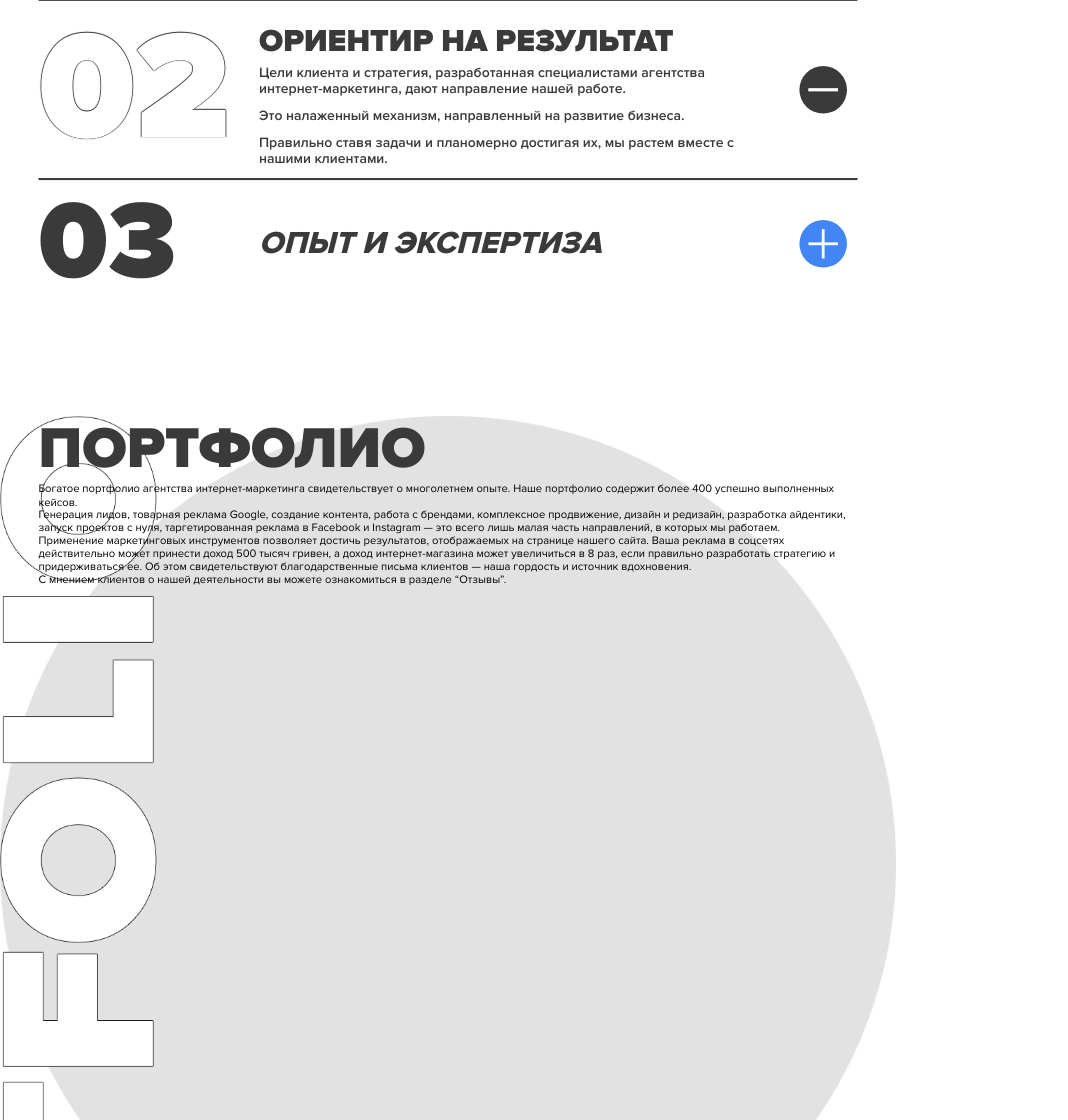
Repository: fanbear/Mnews
Page: index.html
An editor plug-in stored every save of this project. The page is shown before and after the next save, followed by the edit.
The browser window is 1280 px wide. The page is 1525 px wide, so the pictures cover 1525 px, including what lies to the right of the window. The pictures show the part of the page from y = 3696 to 5296 px (the page is 6085 px tall), at 70% of full size.
Some web libraries are served in a nearby version.

Above is the page before, as saved 2022-07-27 17:28:27.

After the next save:
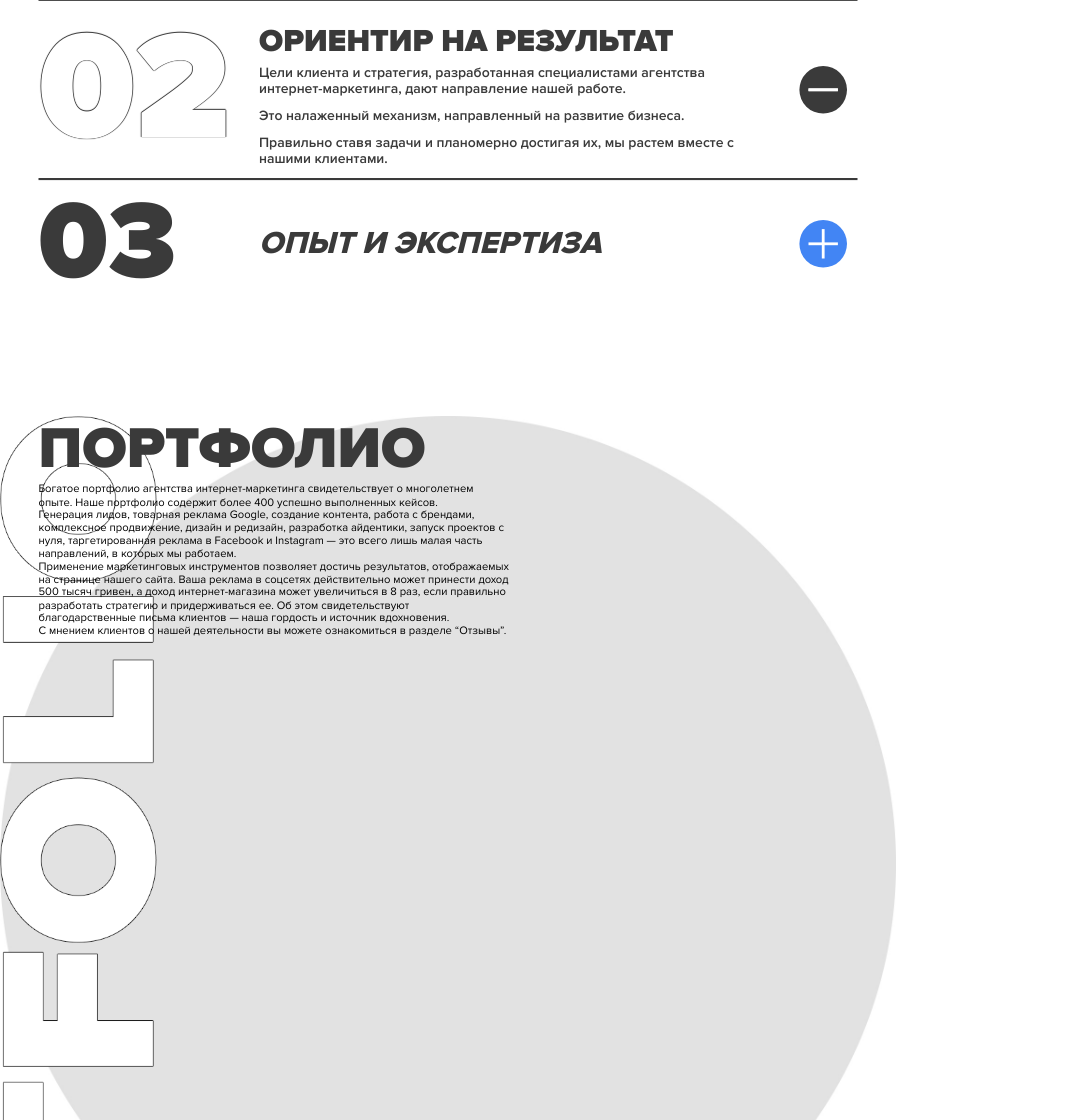
Saved 18 s later.
--- a/index.html
+++ b/index.html
@@ -234,7 +234,7 @@
                     <div class="portfolio-title">ПОРТФОЛИО</div>
                     <div class="portfolio-wrapper">
                         <div class="row">
-                            <div class="portfolio-desc col-xs-7">
+                            <div class="portfolio-desc col-xl-7">
                                 <p>Богатое портфолио агентства интернет-маркетинга свидетельствует о многолетнем опыте.
                                     Наше
                                     портфолио содержит более 400
@@ -254,7 +254,7 @@
                                 <p>С мнением клиентов о нашей деятельности вы можете ознакомиться в разделе “Отзывы”.
                                 </p>
                             </div>
-                            <div class="col-xs-5 portfolio-item">
+                            <div class="col-xl-5 portfolio-item">
 
                             </div>
                         </div>
